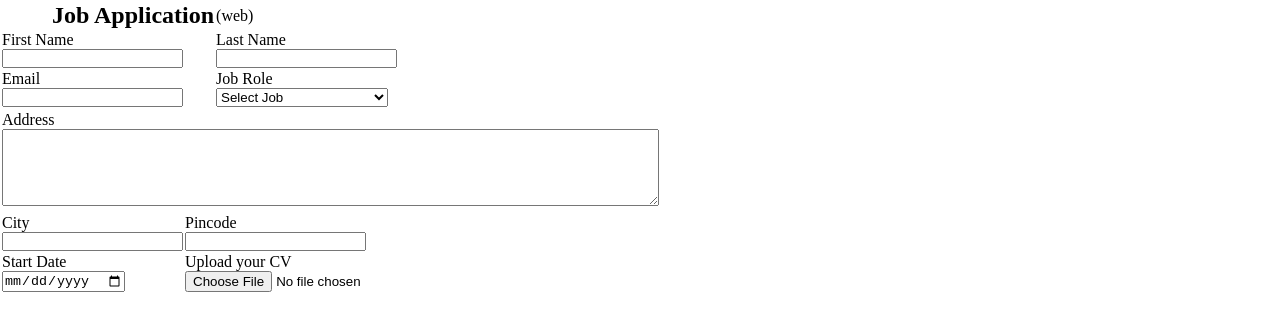
Repository: diensy/JOB-APPLICATION
Page: index.html
An editor plug-in stored every save of this project. The page is shown before and after the next save, followed by the edit.
The browser window is 1280 px wide. The pictures show the whole page.

Above is the page before, as saved 2024-02-27 00:57:45.

### index.html
<!DOCTYPE html>
<html lang="en">
  <head>
    <meta charset="UTF-8" />
    <meta name="viewport" content="width=device-width, initial-scale=1.0" />
    <title>Job Application Form</title>
    <link rel="stylesheet" href="Job_Application.css" />
  </head>
  <body>
    <form action="">
      <table>
        <tr>
          <td>
            <h2 class="head">Job Application</h2>
          </td>
          <td><p>(web)</p></td>
        </tr>
        <tr>
          <td>
            <label for="firstname" id="first">First Name</label>
            <br />
            <input type="text" id="first" />
          </td>
          <td>
            <label for="Lastname" id="last">Last Name</label>
            <br />
            <input type="text" id="last" />
          </td>
        </tr>
        <tr>
          <td>
            <label for="Email" id="Email">Email</label>
            <br />
            <input type="text" id="Email" />
          </td>
          <td>
            <label for="JobRole" id="Job">Job Role</label>
            <br />
            <select name="JobRole" id="Job">
              <option value="Select Job">Select Job</option>
              <option value="JAVA">JAVA DEVELOPER</option>
              <option value="WEB">WEB DEVELOPER</option>
              <option value="BACKEND">BACKEND DEVELOPER</option>
              <option value="MERN DEVELOPER">MERN DEVELOPER</option>
            </select>
          </td>
        </tr>
      </table>
      <table>
        <tr>
          <td>
            <label for="Address" id="address">Address</label>
            <br />
            <textarea name="Address" id="address" cols="80" rows="5"></textarea>
          </td>
        </tr>
      </table>
      <table>
        <tr>
          <td>
            <label for="city" id="city">City</label>
            <br />
            <input type="text" />
          </td>
          <td>
            <label for="pin" id="pin">Pincode</label>
            <br />
            <input type="text" id="pin" />
          </td>
        </tr>
        <tr>
          <td>
            <label for="date" id="date">Start Date</label>
            <br />
            <input type="date" id="date" />
          </td>
          <td>
            <label for="file" id="file">Upload your CV</label>
            <br />
            <input type="file" />
          </td>
        </tr>
      </table>
    </form>
  </body>
</html>

### Job_Application.css
* {
  margin: 0;
  padding: 0;
  box-sizing: border-box;
}

.head {
  margin-left: 50px;
}

After the next save:
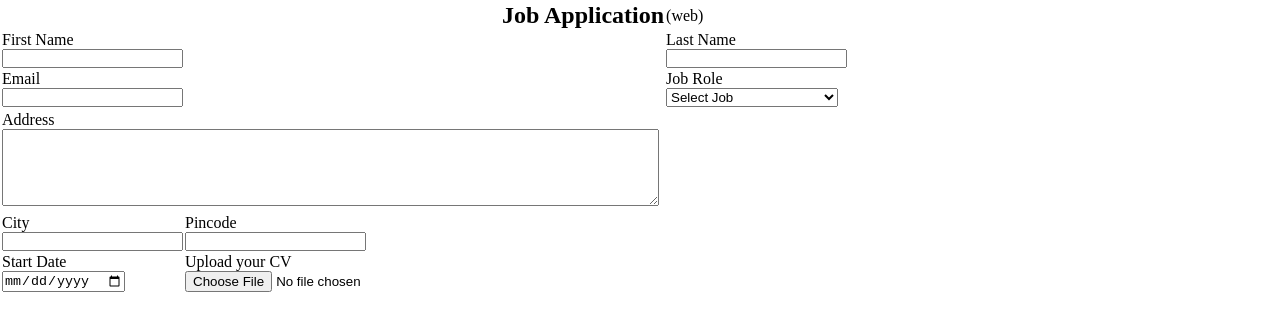
Saved 11 s later.
--- a/Job_Application.css
+++ b/Job_Application.css
@@ -5,5 +5,5 @@
 }
 
 .head {
-  margin-left: 50px;
+  margin-left: 500px;
 }
